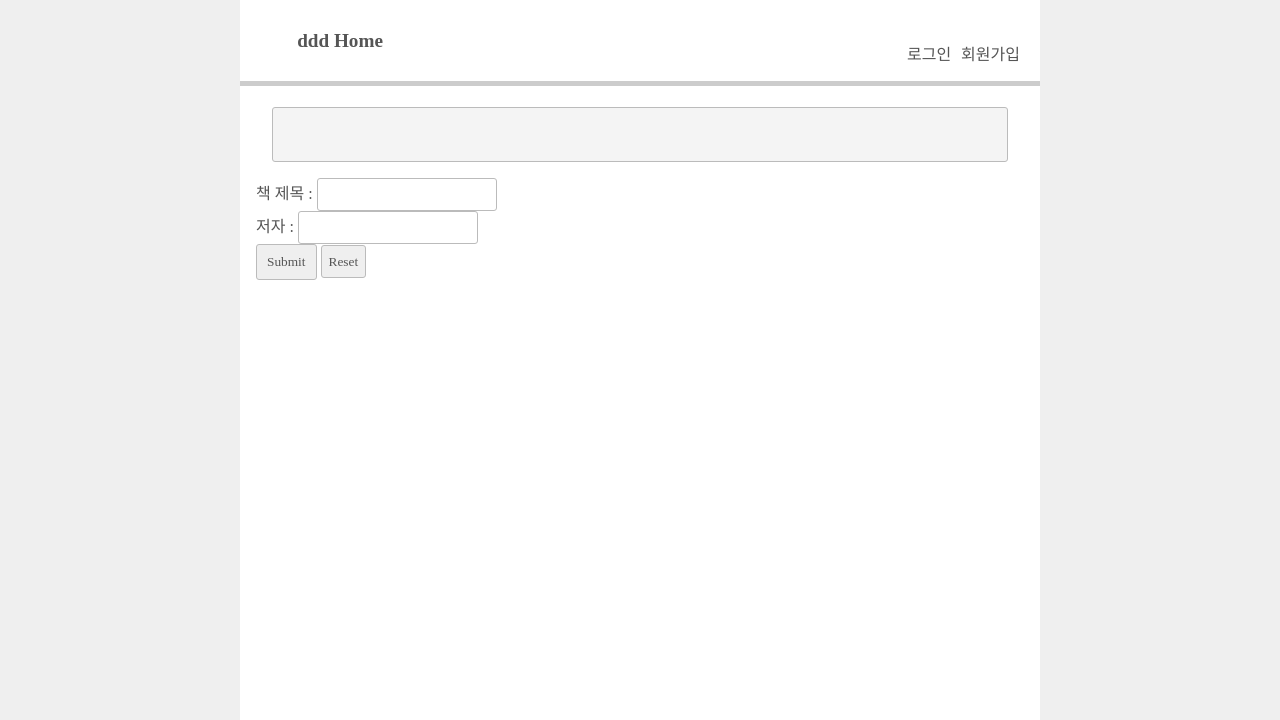
Repository: Deneb0000/JSP
Page: http://localhost/jspPro/days01/ex02.jsp
An editor plug-in stored every save of this project. The page is shown before and after the next save, followed by the edit.
The browser window is 1280 px wide. The pictures show the whole page.
Some web fonts or font styles are not loaded; a fallback is used. The page is served by Tomcat 9.

Above is the page before, as saved 2024-10-15 03:29:53.

After the next save:
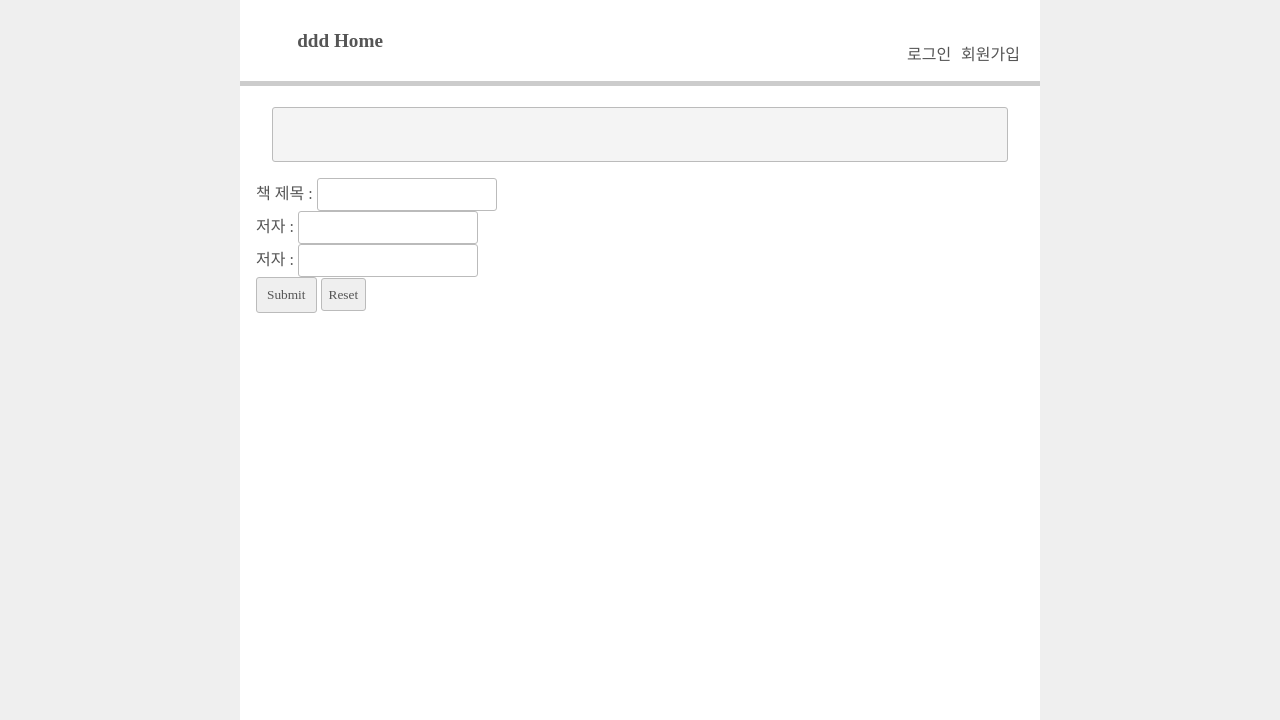
Saved 34 s later.
--- a/jspPro/src/main/webapp/days01/ex02.jsp
+++ b/jspPro/src/main/webapp/days01/ex02.jsp
@@ -30,6 +30,7 @@
     <form action="ex02_ok.jsp">
     책 제목 : <input type="text" id ="title" name="title" autofocus="autofocus"> <br>
     저자 : <input type="text" id="author"><br>
+    저자 : <input type="text" id="age"><br>
  <!--    <button type = "button"> submit </button> -->
     <input type = "submit">
     <input type = "reset">
